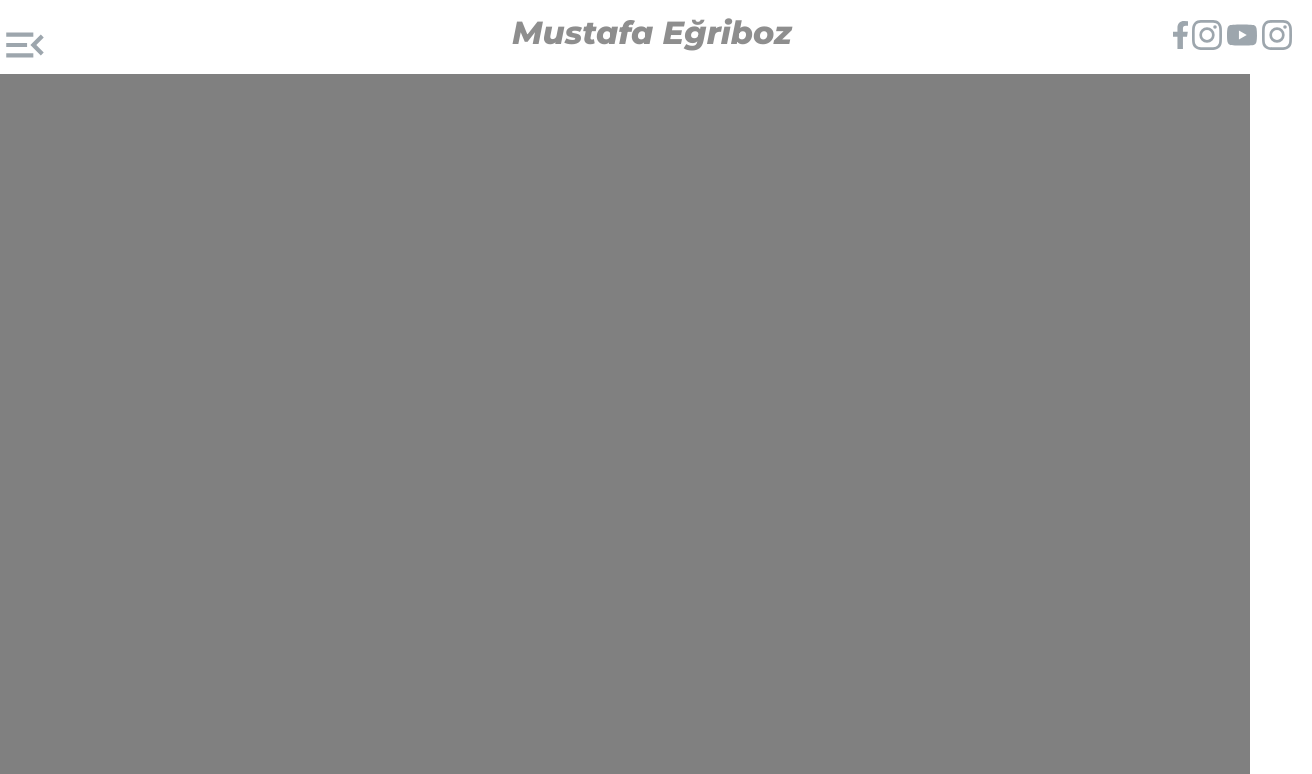
Repository: CengoCengo/m.e-gallery-web-site
Page: index.html
An editor plug-in stored every save of this project. The page is shown before and after the next save, followed by the edit.
The browser window is 1280 px wide. The page is 1292 px wide, then 1312 px, so the pictures cover 1312 px, including what lies to the right of the window. The pictures show the whole page.

Above is the page before, as saved 2021-02-06 14:50:23.
Console error: TypeError: Cannot read properties of null (reading 'style')

### index.html
<!DOCTYPE html>
<html lang="en">
  <head>
    <meta charset="UTF-8" />
    <meta name="viewport" content="width=device-width, initial-scale=1.0" />
    <link rel="stylesheet" href="styles/style.css" />
    <link rel="preconnect" href="https://fonts.gstatic.com" />
    <link
      href="https://fonts.googleapis.com/css2?family=Montserrat:ital,wght@1,800&display=swap"
      rel="stylesheet"
    />

    <title>Mustafa Eğriboz</title>
  </head>
  <body>
    <!-- Navigator -->
    <div class="menu-container">
      <img
        id="icon-menu"
        src="images/icon/menu_open-black-18dp.svg"
        alt="icon-menu"
        width="50"
      />
      <h1>Mustafa Eğriboz</h1>

      <div class="social-media-container">
        <a href=""
          ><img alt="Qries" src="images/icon/facebook-f-brands.svg" width=15"
          height="70"></a
        >

        <a href=""
          ><img alt="Qries" src="images/icon/instagram-brands.svg" width=30"
          height="70"></a
        >

        <a href=""
          ><img alt="Qries" src="images/icon/youtube-brands.svg" width=30"
          height="70"></a
        >

        <a href=""
          ><img alt="Qries" src="images/icon/instagram-brands.svg" width=30"
          height="70"></a
        >
      </div>
    </div>

    <!-- Slider -->

    <div class="slider-container">
      <div class="slider"></div>
    </div>

    <script type="text/javascript" src="js/script.js"></script>
  </body>
</html>

### styles/style.css
*{
    margin: 0;
    padding: 0;
    font-family:  'Montserrat', sans-serif;


}

.main-container{
    width: 100%;
}

.menu-container{
    display: inline-block;
    position: relative;
    width: 100%;
    height: auto;



}

#icon-menu img{
    display: inline-block;
    width:2rem;

}

.menu-container h1{
    display: inline-block;
    position: absolute;
    margin-top: 1%;
    left: 40%;
    width: 300px;
    color:#8e8e8e;

}

.social-media-container{
    display: inline;
    position: relative;
    width: 100%;
    left: 85%;
    padding-left: 30px;


}




.slider{
    background-color: grey;
    width: 1250px;
    height: 700px;

}

### js/script.js
var x = document.querySelector("p");
x.style.backgroundColor = "red";

After the next save:
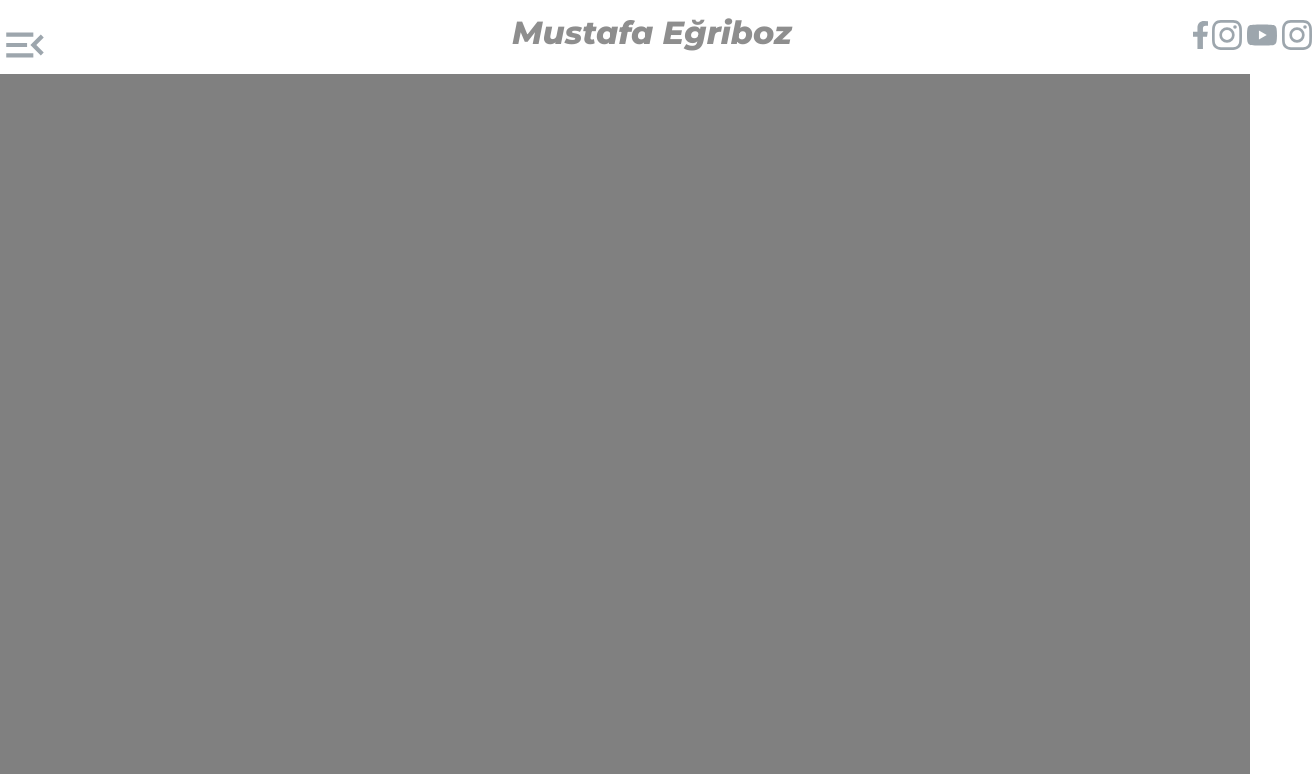
Saved 4 s later.
--- a/styles/style.css
+++ b/styles/style.css
@@ -41,7 +41,7 @@
     position: relative;
     width: 100%;
     left: 85%;
-    padding-left: 30px;
+    padding-left: 50px;
 
 
 }
